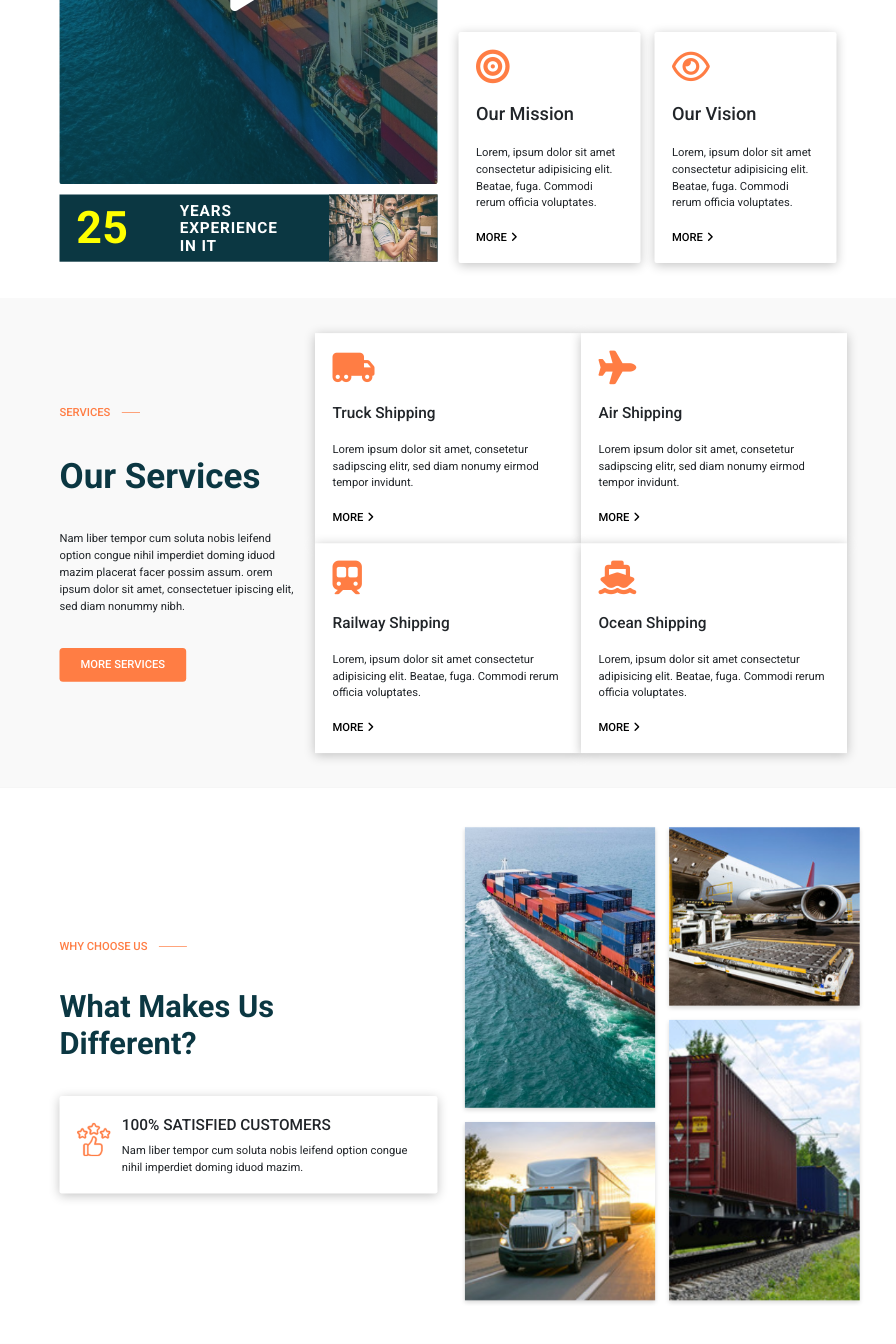
Repository: nazmulalok/shipping-theme
Page: index.html
An editor plug-in stored every save of this project. The page is shown before and after the next save, followed by the edit.
The browser window is 1280 px wide. The pictures show the part of the page from y = 1327 to 3247 px (the page is 3247 px tall), at 70% of full size.
Some web libraries are served in a nearby version.

Above is the page before, as saved 2022-10-08 23:23:13.

After the next save:
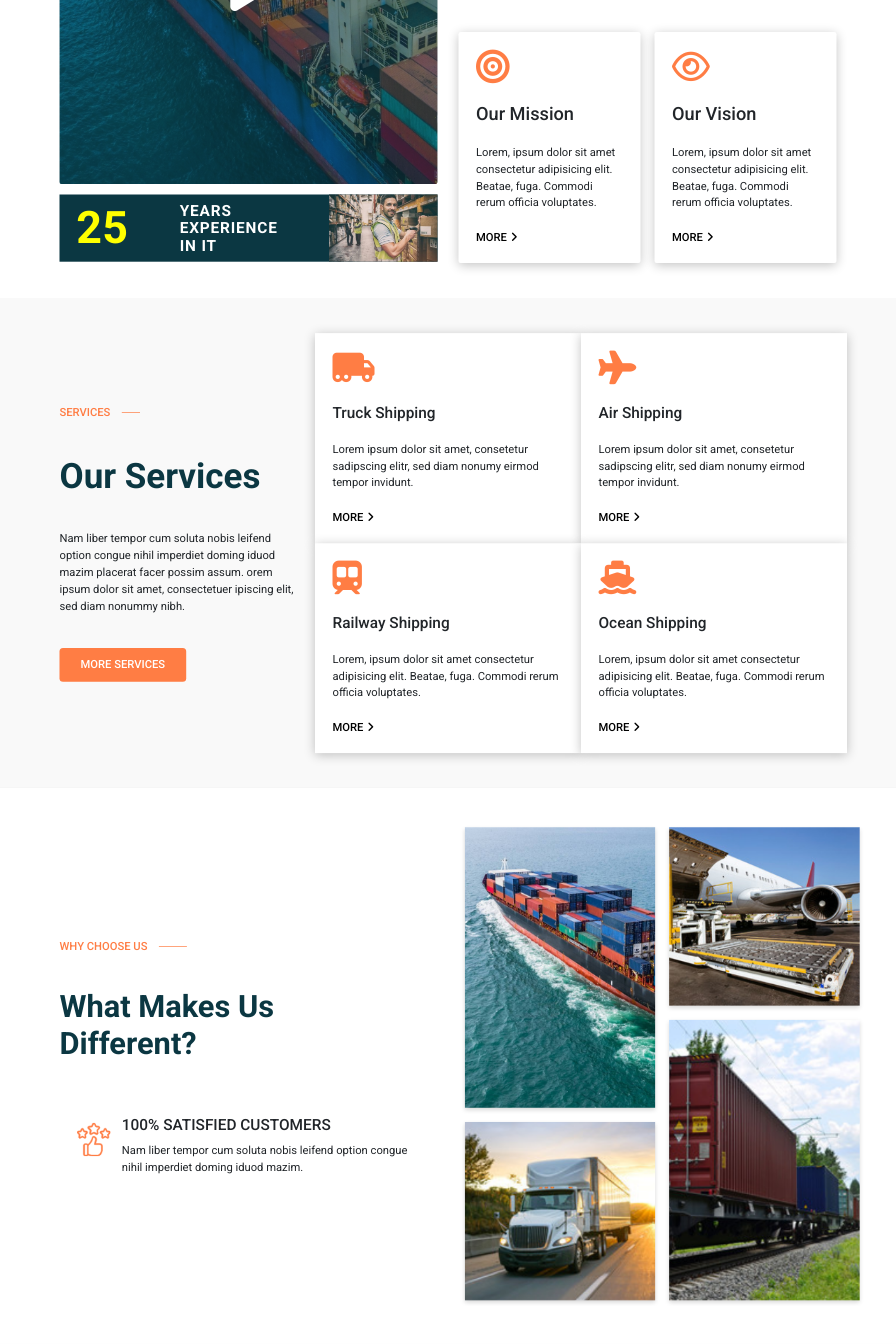
Saved 110 s later.
--- a/style.css
+++ b/style.css
@@ -457,6 +457,12 @@ a.more-btn:after {
 
 /* Why Choose Section */
 
+.why-choose-box .common-box {
+    box-shadow: none;
+    border-radius: 0px;
+    transition: all 0.5s ease;
+}
+
 .why-choose-box .common-box .box-title {
     font-size: 22px;
     font-weight: 500;
